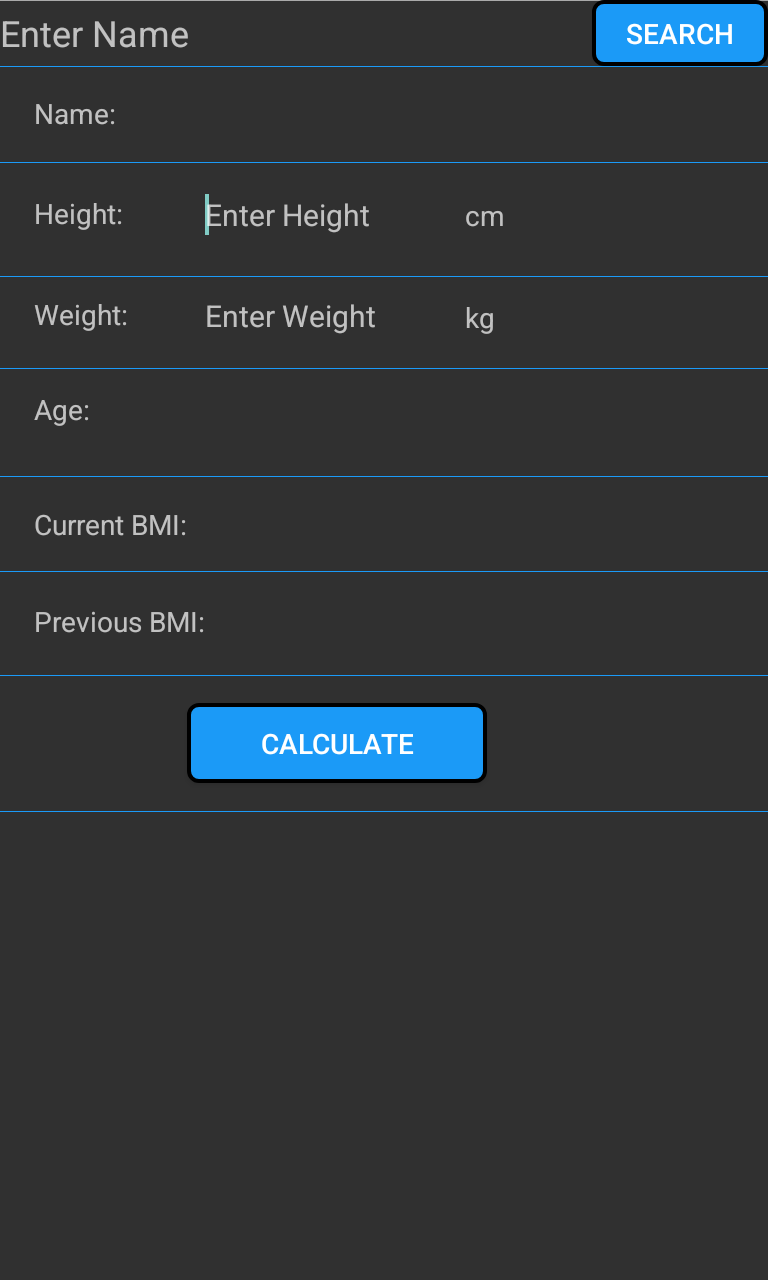
Repository: Team-7/prototype.6
Layout: workspace/Hope World Wide/res/layout/bmi.xml
These files come from the project's save history. The layout is drawn as it stood at one moment and after the next save; the edit follows.
It is drawn on a 768 x 1280 px phone screen (xhdpi) without system bars, with theme AppTheme; the app's code is not run.

Above is the layout before, as saved 2014-05-31 12:10:33.

After the next save:
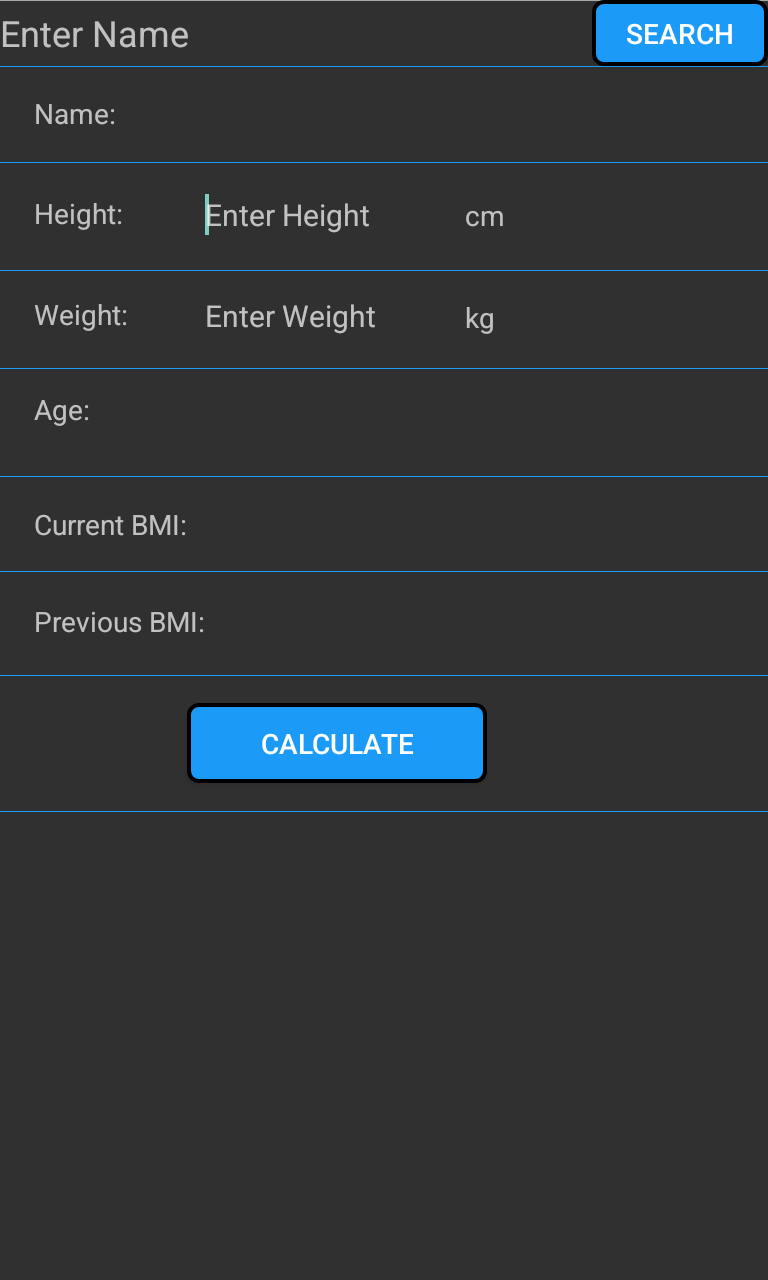
Saved 67 s later.
--- a/workspace/Hope World Wide/res/layout/bmi.xml
+++ b/workspace/Hope World Wide/res/layout/bmi.xml
@@ -288,25 +288,24 @@
         android:layout_below="@+id/weight"
         android:layout_toLeftOf="@+id/button2"
         android:layout_toRightOf="@+id/bmi"
-        android:textAppearance="?android:attr/textAppearanceSmall"
-        android:paddingBottom="3dp" />
-
-    <View
-        android:id="@+id/View02"
-        android:layout_width="fill_parent"
-        android:layout_height="0.2dp"
-        android:layout_alignParentLeft="true"
-        android:layout_below="@+id/textView12"
-        android:background="#1B9AF7"
-        android:paddingBottom="3dp" />
+        android:textAppearance="?android:attr/textAppearanceSmall" />
 
     <TextView
         android:id="@+id/textView12"
         android:layout_width="wrap_content"
         android:layout_height="wrap_content"
+        android:layout_alignLeft="@+id/heightvalue"
         android:layout_below="@+id/textView1"
         android:layout_toLeftOf="@+id/button2"
-        android:paddingBottom="3dp"
-        android:textAppearance="?android:attr/textAppearanceSmall" />
+        android:textAppearance="?android:attr/textAppearanceSmall"/>
+
+    <View
+        android:id="@+id/View02"
+        android:layout_width="fill_parent"
+        android:layout_height="0.2dp"
+        android:layout_alignParentLeft="true"
+        android:layout_below="@+id/textView12"
+        android:background="#1B9AF7"
+        android:paddingBottom="3dp" />
 
 </RelativeLayout>
